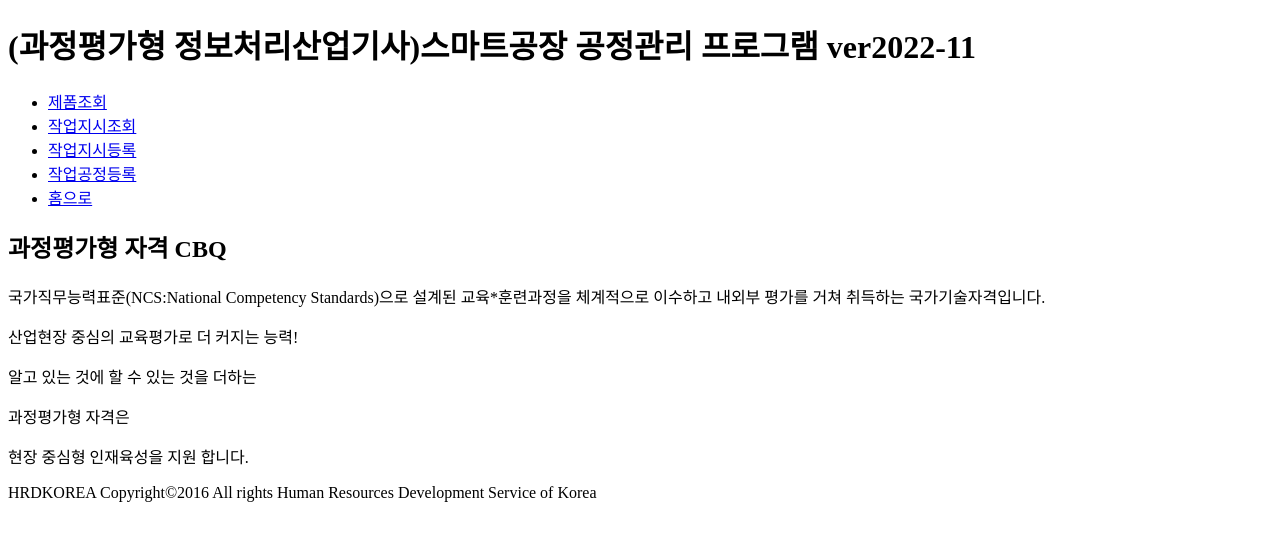
Repository: anakyn01/exam
Page: http://localhost/smart_5/sub4.jsp
These files come from the project's save history. The page is drawn as it stood at one moment and after the next save; the edit follows.
The browser window is 1280 px wide. The pictures show the whole page.
The page is served by Tomcat 9. Other server files are loaded and not shown.

Above is the page before, as saved 2025-01-06 07:14:59.

### smart_5/src/main/webapp/sub4.jsp
<%@ page language="java" contentType="text/html; charset=UTF-8"
    pageEncoding="UTF-8"%>
<jsp:include page="include/header.jsp"/>

<jsp:include page="include/body.jsp"/>

<jsp:include page="include/footer.jsp"/>

### smart_5/src/main/webapp/include/header.jsp
<%@ page language="java" contentType="text/html; charset=UTF-8"
    pageEncoding="UTF-8"%>
<!DOCTYPE html>
<html>
<head>
<meta charset="UTF-8">
<title>스마트 공정관리 프로그램</title>
<link rel="stylesheet" href="css/style.css"/>
</head>
<body>
<header>
<h1>(과정평가형 정보처리산업기사)스마트공장 공정관리 프로그램 ver2022-11</h1>
</header>
<nav>
<ul>
<li><a href="sub1.jsp">제폼조회</a></li>
<li><a href="sub2.jsp">작업지시조회</a></li>
<li><a href="sub3.jsp">작업지시등록</a></li>
<li><a href="sub4.jsp">작업공정등록</a></li>
<li><a href="index.jsp">홈으로</a></li>
</ul>
</nav>

### smart_5/src/main/webapp/include/body.jsp
<%@ page language="java" contentType="text/html; charset=UTF-8"
    pageEncoding="UTF-8"%>
<section>
<h2>과정평가형 자격 CBQ</h2>
	<p>국가직무능력표준(NCS:National Competency Standards)으로 설계된 교육*훈련과정을 체계적으로 이수하고 내외부 평가를 거쳐 취득하는 국가기술자격입니다.</p>
	<p>산업현장 중심의 교육평가로 더 커지는 능력!</p>
	<p>알고 있는 것에 할 수 있는 것을 더하는</p>
	<p>과정평가형 자격은</p>
	<p>현장 중심형 인재육성을 지원 합니다.</p>
</section>

### smart_5/src/main/webapp/include/footer.jsp
<%@ page language="java" contentType="text/html; charset=UTF-8"
    pageEncoding="UTF-8"%>
<footer>
<p>HRDKOREA Copyright&copy;2016 All rights Human Resources Development Service of Korea</p>
</footer>
</body>
</html>

Loaded but not shown: smart_5/src/main/webapp/css/style.css (common file)

After the next save:
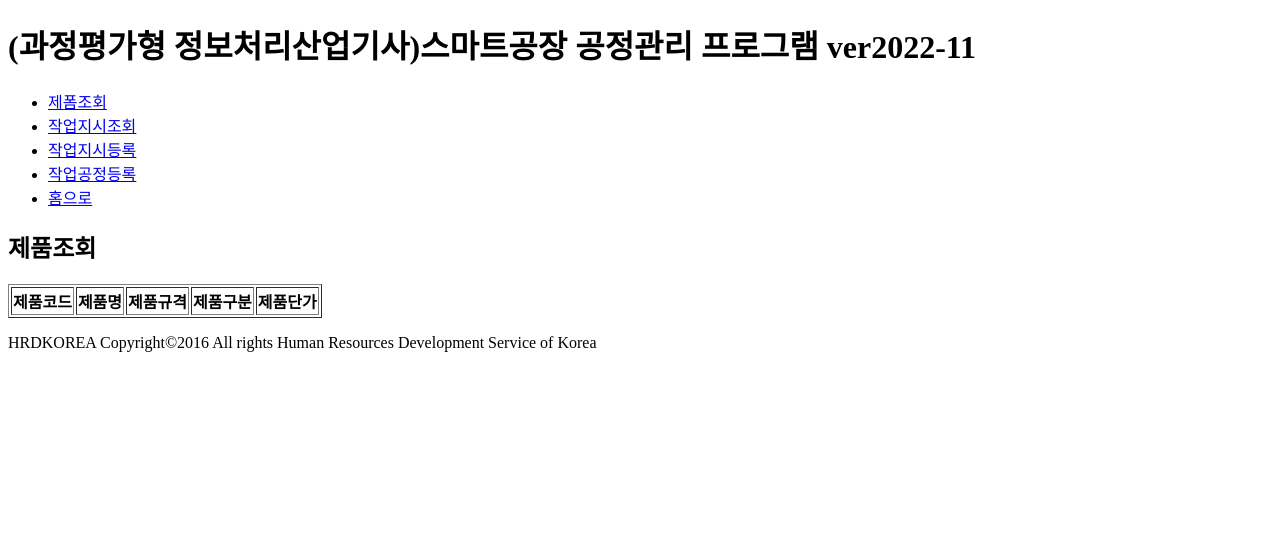
Saved 32 s later.
--- a/smart_5/src/main/webapp/sub4.jsp
+++ b/smart_5/src/main/webapp/sub4.jsp
@@ -2,6 +2,17 @@
     pageEncoding="UTF-8"%>
 <jsp:include page="include/header.jsp"/>
 
-<jsp:include page="include/body.jsp"/>
+<section>
+<h2>제품조회</h2>
+<table border=1>
+<tr>
+<th>제품코드</th>
+<th>제품명</th>
+<th>제품규격</th>
+<th>제품구분</th>
+<th>제품단가</th>
+</tr>
+</table>
+</section>
 
 <jsp:include page="include/footer.jsp"/>
